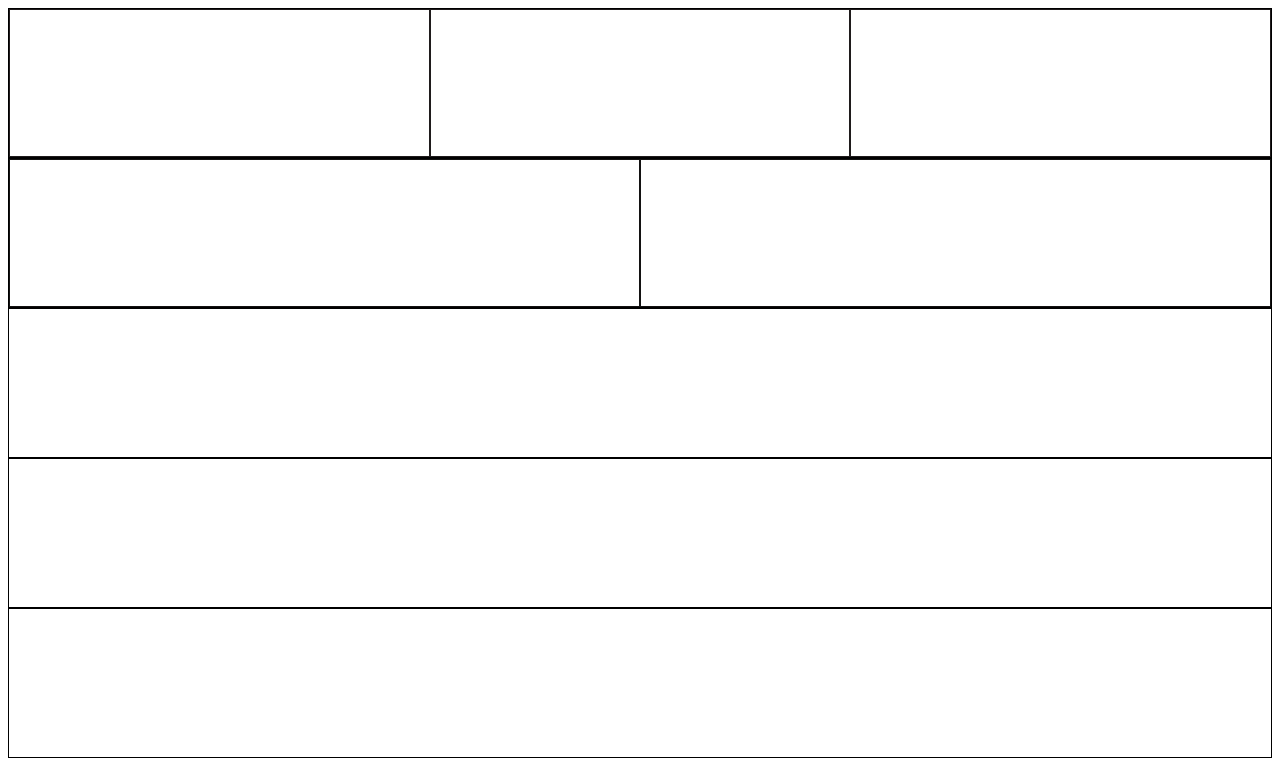
Repository: AishwaryaPandey987/PGLife
Page: home.html
The author's editor kept a copy of each file at every save. The page is drawn from the files as they stood at one save, then again after the next save.
The browser window is 1280 px wide. The pictures show the whole page.

Above is the page before, as saved 2022-10-27 20:48:01.

### home.html
<!DOCTYPE html>
  <html>
    <head>
        <title>CSS Page</title>
         <link rel="stylesheet" href="css/style.css" />
    </head>
    <body>

      <div class="row">
        <div class="col"></div>
        <div class="col"></div>
        <div class="col"></div>
      </div>

      <div class="row">
        <div class="col2"></div>
        <div class="col2"></div>
      </div>

      <div class=" row"></div>

      <div class="row"></div>

      <div class="row"></div>
    </body>
  </html>

### css/style.css
* {
  box-sizing: border-box;
}

.row{

  border:  1px solid black;
 height: 150px;
 font-size: 0px;
}

.col{
  border: 1px solid rgb(31, 27, 28);
  display: inline-block;
  height: 100%;
  width: 33.33%;
  color: orangered;

}
.col2{
  border: 1px solid rgb(19, 18, 18);
  display: inline-block;
  height: 100%;
  width: 50%;
}

After the next save:
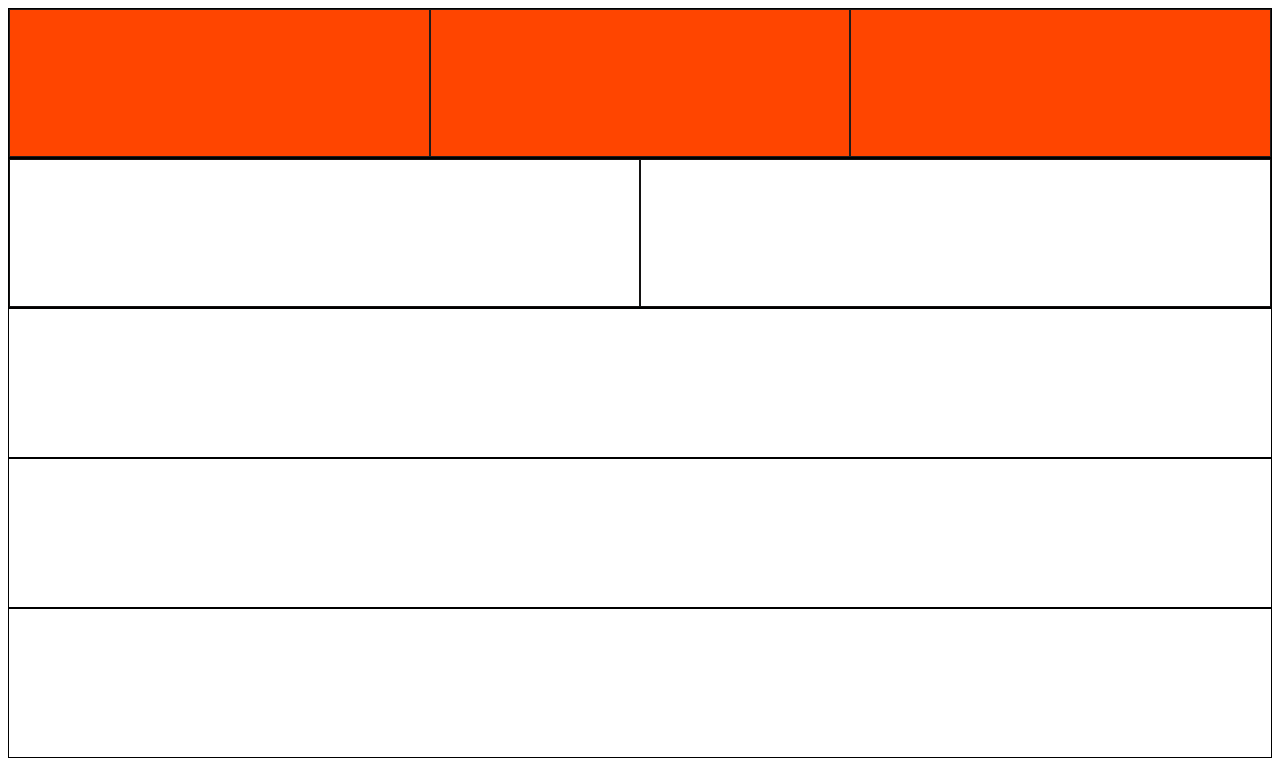
Saved 2 min 0 s later.
--- a/css/style.css
+++ b/css/style.css
@@ -14,7 +14,7 @@
   display: inline-block;
   height: 100%;
   width: 33.33%;
-  color: orangered;
+background-color: orangered;
 
 }
 .col2{
